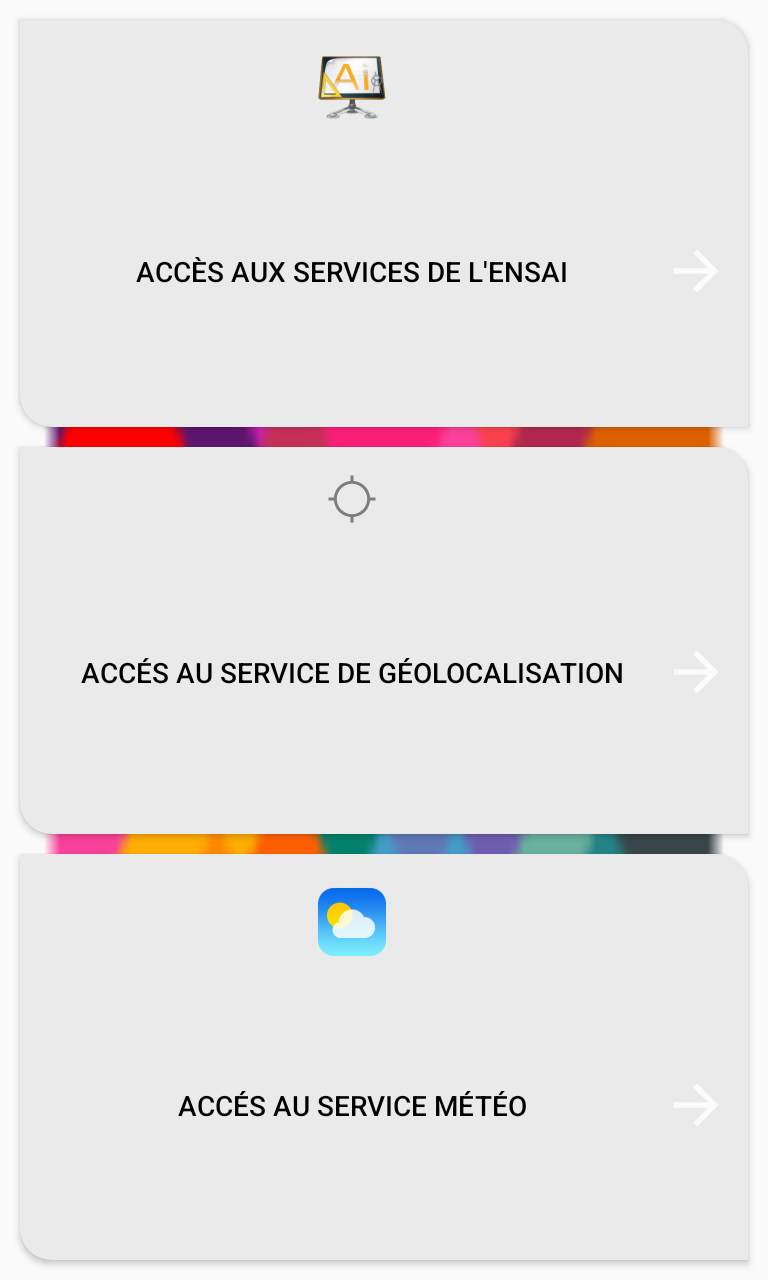
Repository: cpluuuusplus/WhoWantsKitKat
Layout: AppliPlus/res/layout/activity_menu_principal.xml
An editor plug-in stored every save of this project. The layout is shown before and after the next save, followed by the edit.
It is drawn on a 768 x 1280 px phone screen (xhdpi) without system bars, with theme Theme.AppCompat.Light; the app's code is not run.

Above is the layout before, as saved 2014-05-12 16:42:07.

### AppliPlus/res/layout/activity_menu_principal.xml
<?xml version="1.0" encoding="utf-8"?>
<LinearLayout xmlns:android="http://schemas.android.com/apk/res/android"
    android:layout_width="match_parent"
    android:layout_height="match_parent"
    android:background="@drawable/back"
    android:orientation="vertical" >

    <Button
        android:id="@+id/main_act1"
        android:layout_width="match_parent"
        android:layout_height="fill_parent"
        android:layout_marginLeft="10dp"
        android:layout_marginRight="10dp"
        android:layout_marginTop="10dp"
        android:layout_weight="1"
        android:background="@drawable/button_shape"
        android:drawableRight="@drawable/ic_action_forward"
        android:drawableTop="@drawable/shcool"
        android:onClick="pamplemousse"
        android:text="@string/school"
        android:textColor="@color/black_color" />

    <Button
        android:id="@+id/main_act2"
        android:layout_width="match_parent"
        android:layout_height="fill_parent"
        android:layout_margin="10dp"
        android:layout_weight="1"
        android:background="@drawable/button_shape"
        android:drawableRight="@drawable/ic_action_forward"
        android:drawableTop="@drawable/ic_action_location_searching"
        android:onClick="geolocalisation"
        android:text="@string/geo"
        android:textColor="@color/black_color" />

    <Button
        android:id="@+id/main_act3"
        android:layout_width="match_parent"
        android:layout_height="fill_parent"
        android:layout_marginBottom="10dp"
        android:layout_marginLeft="10dp"
        android:layout_marginRight="10dp"
        android:layout_weight="1"
        android:background="@drawable/button_shape"
        android:drawableRight="@drawable/ic_action_forward"
        android:drawableTop="@drawable/weather"
        android:onClick="meteo"
        android:text="@string/meteo"
        android:textColor="@color/black_color" />

</LinearLayout>

### AppliPlus/res/drawable-hdpi/button_shape.xml
<?xml version="1.0" encoding="utf-8"?>
<shape xmlns:android="http://schemas.android.com/apk/res/android"
    android:shape="rectangle" >

    <solid android:color="#EAEAEA" />

    <corners
        android:bottomLeftRadius="16dip"
        android:bottomRightRadius="1dip"
        android:topLeftRadius="1dip"
        android:topRightRadius="16dip" />

    <padding
        android:bottom="10dp"
        android:left="10dp"
        android:right="10dp"
        android:top="10dp" />

</shape>

### AppliPlus/res/values/strings.xml
<?xml version="1.0" encoding="utf-8"?>
<resources>

    <string name="app_name">Qui veut manger un KitKat ?</string>
    <string name="hello_world">Hello world!</string>
    <string name="nb_cours">%1$d cours viennent d\'être mis à jours</string>
    <string name="direct">Accès direct à pamplemousse viewer</string>
    <string name="refresh">Refresh</string>
    <string name="action_search">search</string>
    <string name="find_city">Rechercher une ville</string>

    <!-- Nom des menus ! -->

    <string name="home">Qui veut un KitKat ?</string>
    <string name="pamp_viewer">Accès à Pamplemousse</string>
    <string name="agenda_null">Première connection ? Renseignez vos identifiants, et synchroniser</string>
    <string name="url_error">Impossible de se connecter au serveur, veuillez vérifier vos identifiants et votre connection à internet</string>
    <string name="school">Accès aux services de l\'Ensai</string>
    <string name="connection">Accès à Pamplemousse</string>
    <string name="remote">Accès à Pamplemousse en ligne</string>
    <string name="pampl_desc">Emploi du temps, mails,...</string>
    <string name="geo">Accés au service de Géolocalisation</string>
    <string name="geo_desc">Géolocalisation</string>
    <string name="meteo">Accés au service Météo</string>
    <string name="meteo_desc">À</string>
    <string name="meteo_tc">Températures</string>
    <string name="meteo_wind">Vent</string>
    <string name="meteo_rain">Pluie</string>
    <string name="meteo_clouds">Nuages</string>
    <string name="valider_localite">Valider</string>
    <string name="desc_country">Pays</string>
    <string name="desc_sunrise">Levé du soleil</string>
    <string name="desc_sunset">Couché du soleil</string>
    <string name="desc_pressure">Pression</string>

    <!-- Cas non défini -->

    <string name="to_be_defined">En attente</string>

    <!-- Test login -->

    <string name="menu_settings">Settings</string>
    <string name="title_activity_main">MainActivity</string>
    <string name="image_content_description">Un Android avec un chien</string>
    <string name="login">S\'identifier</string>
    <string name="email">Id utilisateur</string>
    <string name="password">Mot de passe</string>
    <string name="connect">Se connecter</string>
    <string name="get_localite">Récupérer ma localisation actuelle</string>
    <string name="saisir_localite">Saisir une ville ici</string>
    <string name="desc_saisie_localite">Vous pouvez saisir une localité</string>
    <string name="temp">Ce champ doit etre rempli</string>
    <string name="geoloc_osm">Géolocationsation par OSM/OCM</string>

</resources>

### AppliPlus/res/values/colors.xml
<?xml version="1.0" encoding="utf-8"?>
<resources>

    <color name="black_color">#000</color>
    <color name="white">#FFFFFF</color>
    <color name="yellow">#FFFF00</color>
    <color name="fuchsia">#FF00FF</color>
    <color name="red">#FF0000</color>
    <color name="silver">#C0C0C0</color>
    <color name="gray">#808080</color>
    <color name="olive">#808000</color>
    <color name="purple">#800080</color>
    <color name="maroon">#800000</color>
    <color name="aqua">#00FFFF</color>
    <color name="lime">#00FF00</color>
    <color name="teal">#008080</color>
    <color name="green">#008000</color>
    <color name="blue">#0000FF</color>
      <color name="darkslategray">#2F4F4F</color>
    <color name="navy">#000080</color>
    <color name="orange">#ff5500</color>
    <color name="transparent">#00000000</color>
    <color name="date_color">#999999</color>
    <color name="gold">#e6b121</color>
    <color name="blueback">#99FFFF</color>
    <color name="articlecolor">#3399FF</color>
    <color name="article_title">#3399FF</color>
    <color name="cachecolor">#8ad0e8</color>

</resources>

After the next save:
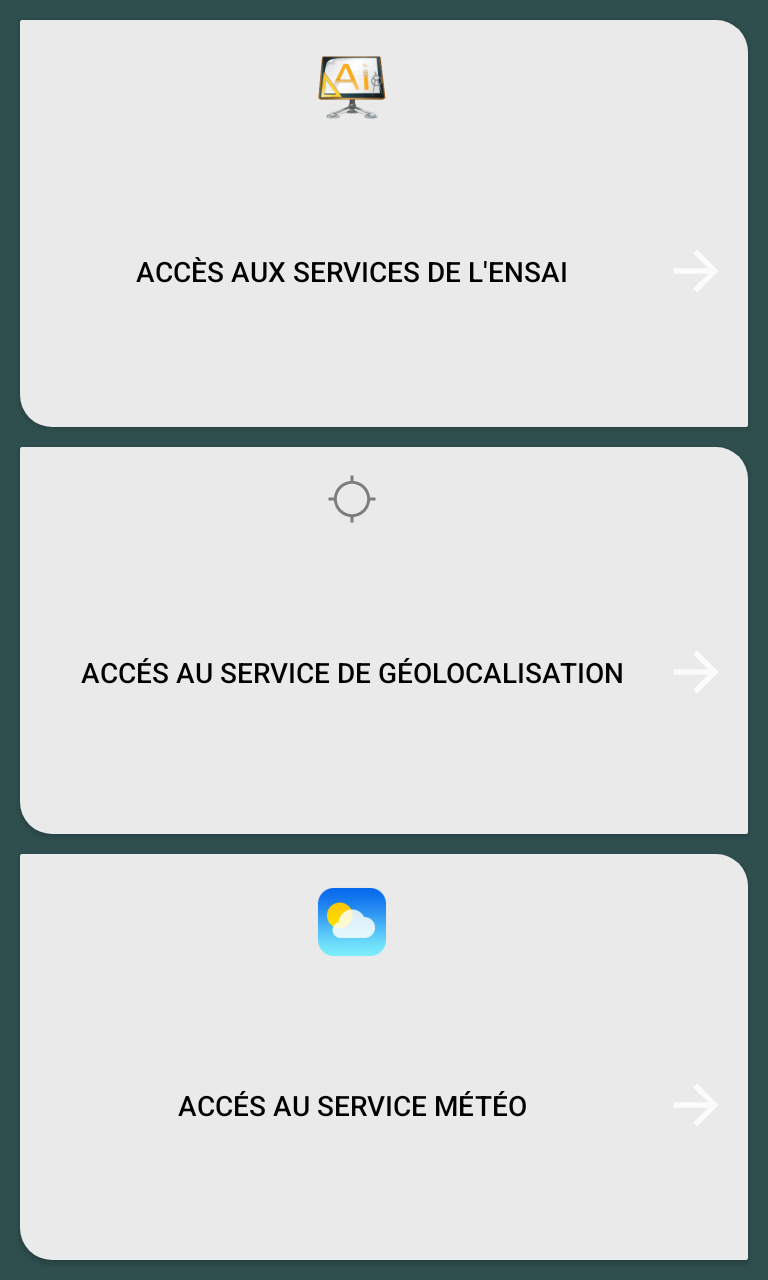
Saved 5 s later.
--- a/AppliPlus/res/layout/activity_menu_principal.xml
+++ b/AppliPlus/res/layout/activity_menu_principal.xml
@@ -2,7 +2,7 @@
 <LinearLayout xmlns:android="http://schemas.android.com/apk/res/android"
     android:layout_width="match_parent"
     android:layout_height="match_parent"
-    android:background="@drawable/back"
+    android:background="@color/darkslategray"
     android:orientation="vertical" >
 
     <Button
